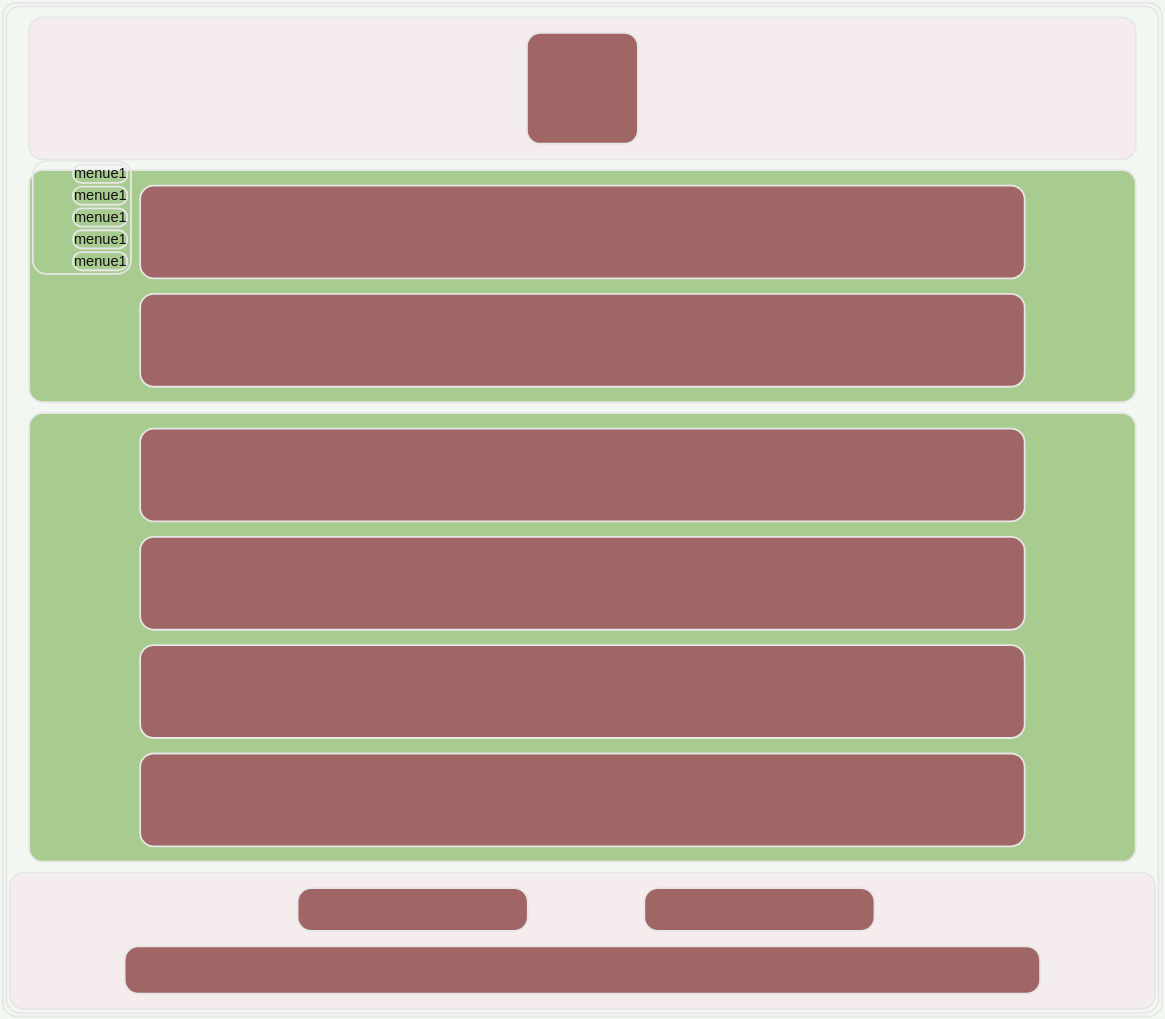
Repository: clairedupuich/cv-claireDUPUICH
Page: cv.html
The author's editor kept a copy of each file at every save. The page is drawn from the files as they stood at one save, then again after the next save.
The browser window is 1280 px wide. The pictures show the whole page, at 91% of full size.

Above is the page before, as saved 2020-10-08 16:32:36.

After the next save:
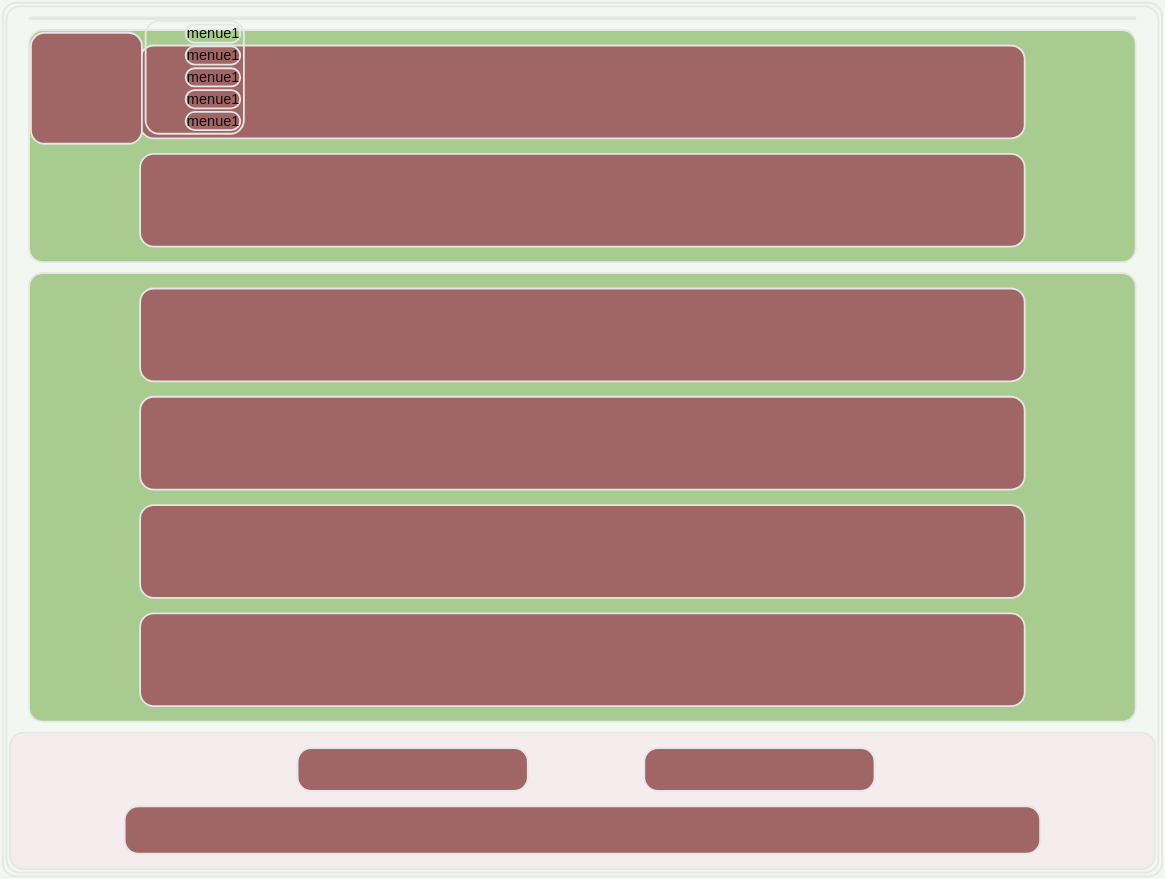
Saved 2 min 28 s later.
--- a/cv.css
+++ b/cv.css
@@ -136,9 +136,15 @@
         text-align: center;
         list-style: none;
         color: rgb(17, 16, 16);
+
+    }
+    .img,
+    ul {
         float: left;
     }
-
+    .section1 {
+        clear: both;
+    }
     footer,
     .header{
         background-color:rgb(245, 237, 237);
